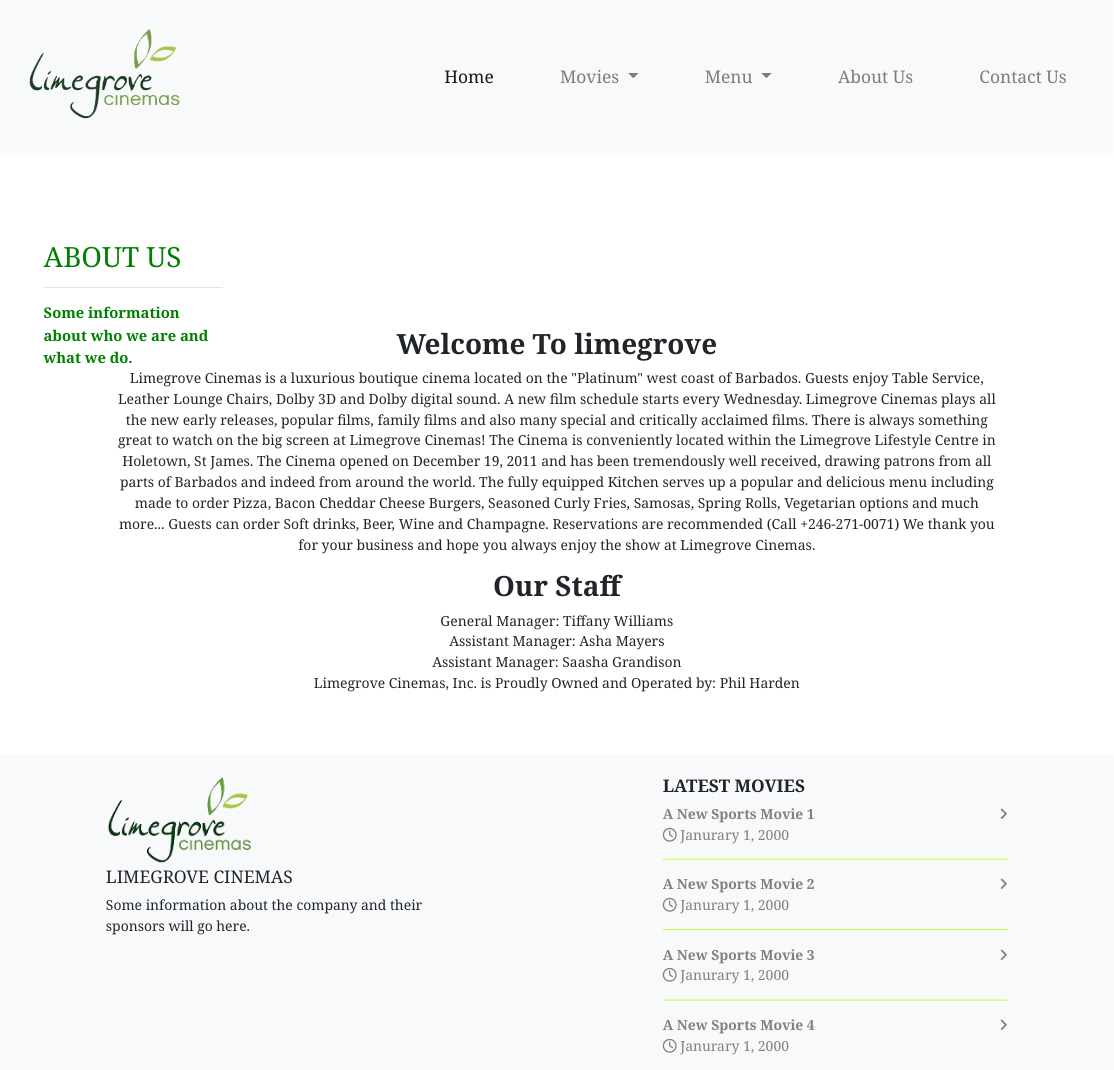
Repository: SimplyZacc/movie-web-template
Page: http://localhost/aboutus.php
The author's editor kept a copy of each file at every save. The page is drawn from the files as they stood at one save, then again after the next save.
The browser window is 1280 px wide. The pictures show the whole page, at 87% of full size.
Some web libraries are served in a nearby version. The page is run by PHP 8.4 with error messages shown; the project is at /var/www/html/.

Above is the page before, as saved 2020-06-28 22:35:27.

After the next save:
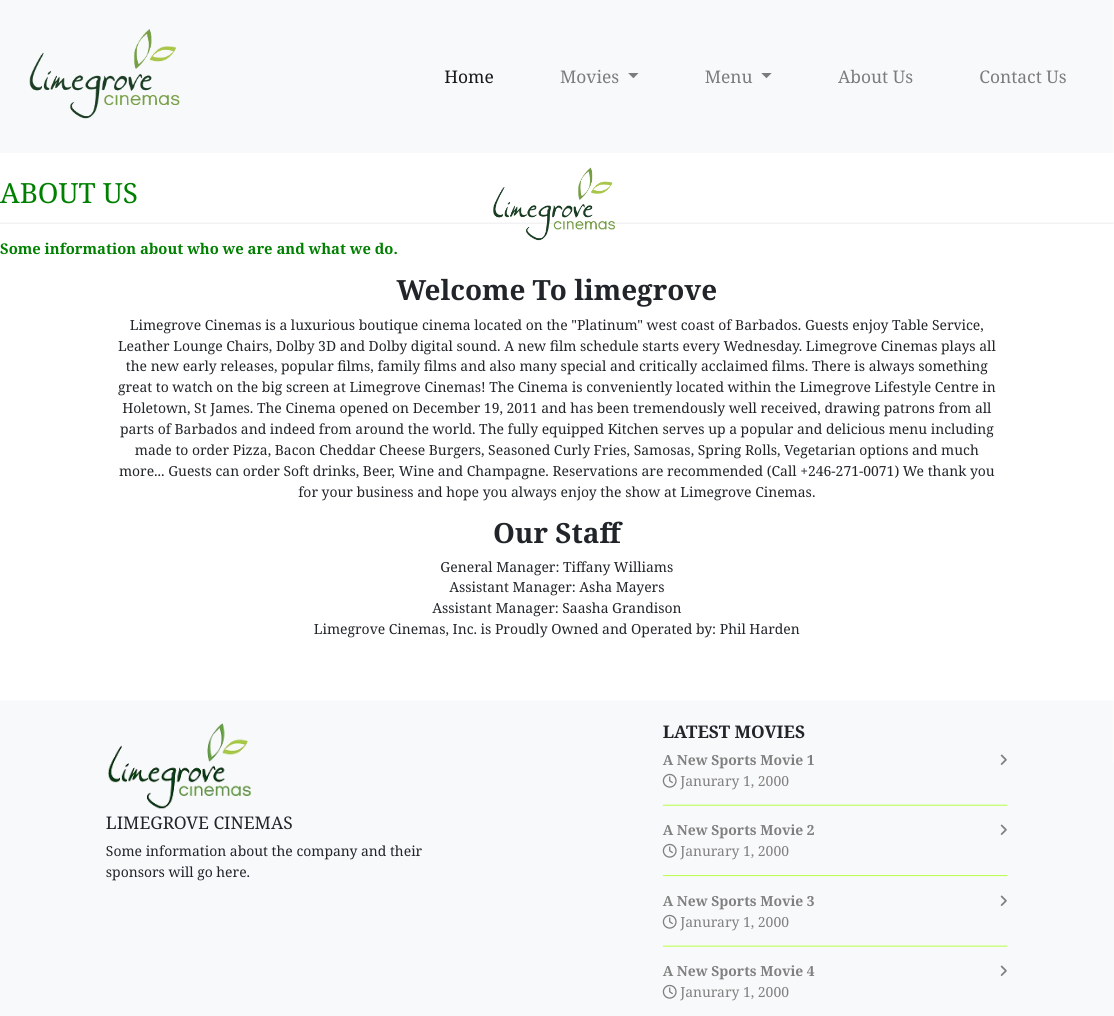
Saved 11 s later.
--- a/assets/css/styles.css
+++ b/assets/css/styles.css
@@ -54,10 +54,10 @@
     background-position-x: center;
     background-repeat: no-repeat;
     background-size: contain;
+}
+
+.contact-head-body {
     display: inline;
-}
-
-.contact-head-body {
     font-weight: bold;
     font-size: 17px;
     color: green;

After the save that followed:
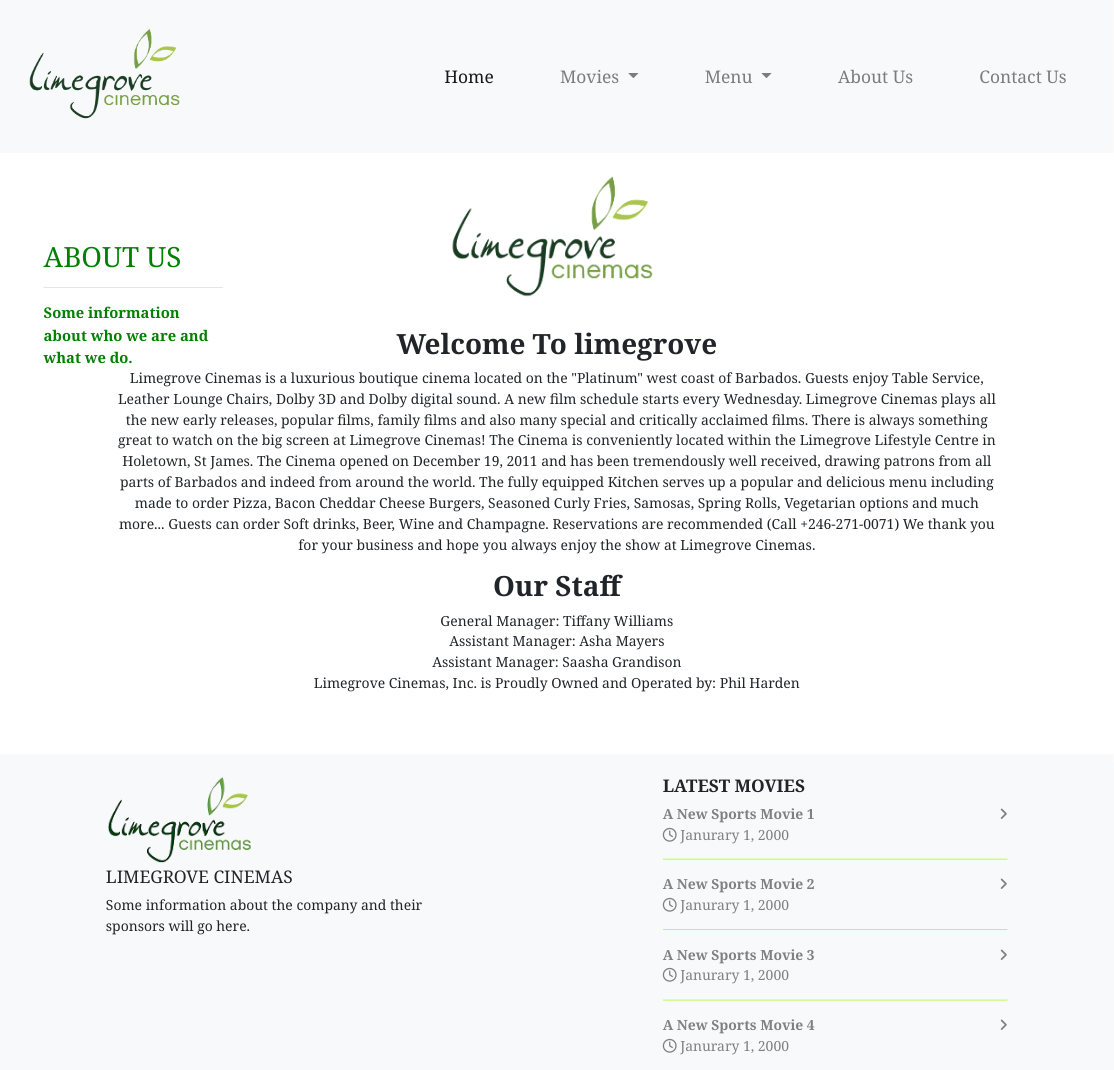
Saved 9 s later.
--- a/assets/css/styles.css
+++ b/assets/css/styles.css
@@ -57,7 +57,6 @@
 }
 
 .contact-head-body {
-    display: inline;
     font-weight: bold;
     font-size: 17px;
     color: green;
@@ -68,6 +67,7 @@
 }
 
 .contact-body {
+    display: inline;
     height: 700px;
     background-color: rgb(241, 241, 241);
 }
